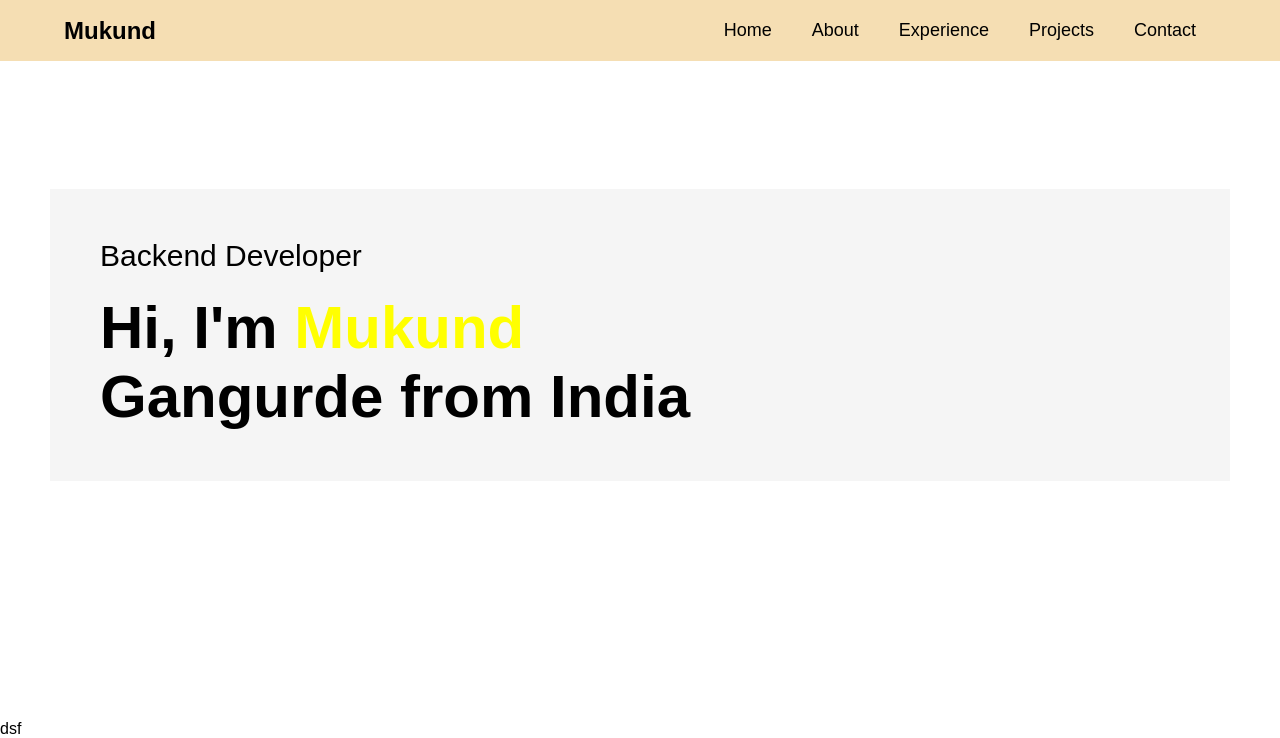
Repository: mukundgangurde/expense-tracker
Page: index.html
An editor plug-in stored every save of this project. The page is shown before and after the next save, followed by the edit.
The browser window is 1280 px wide. The pictures show the whole page.

Above is the page before, as saved 2025-11-02 22:31:12.

After the next save:
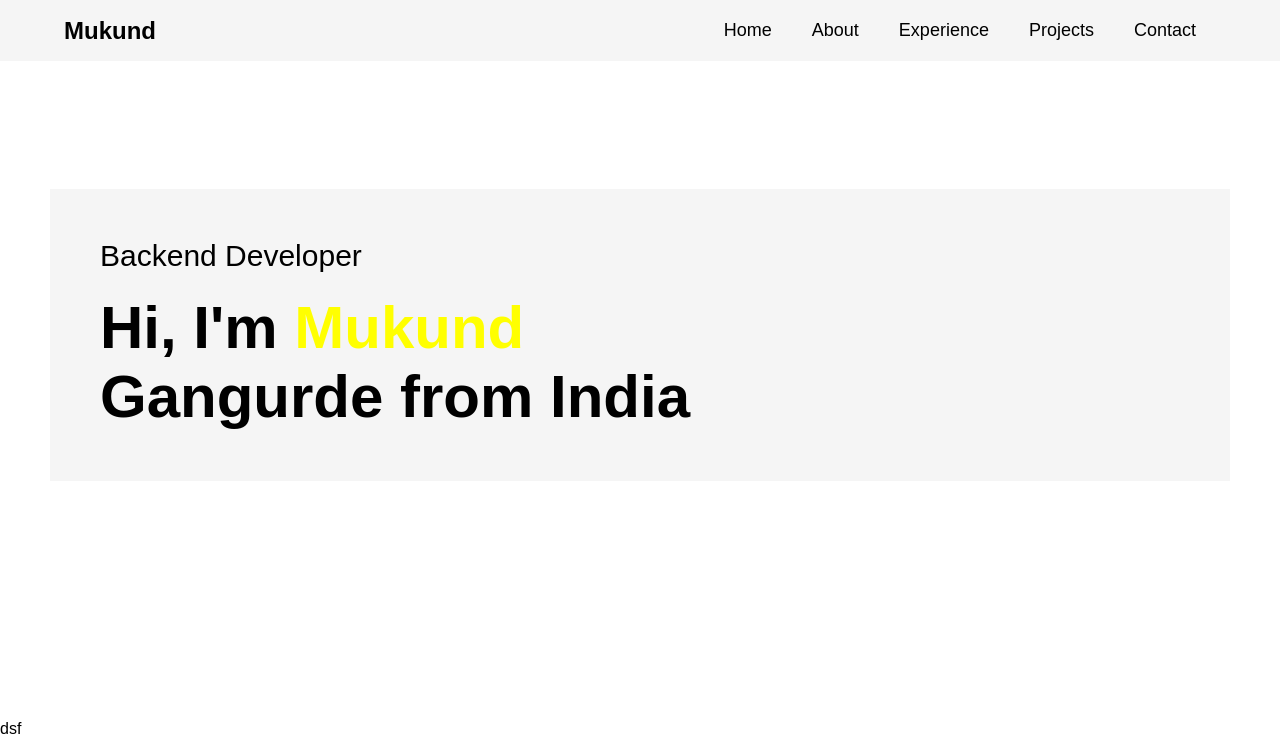
Saved 4 s later.
--- a/style.css
+++ b/style.css
@@ -30,7 +30,7 @@ nav {
   align-items: center;
   flex-wrap: wrap;
   padding: 10px 5%;
-  background-color: wheat;
+  background-color: whitesmoke;
 }
 
 ul {
